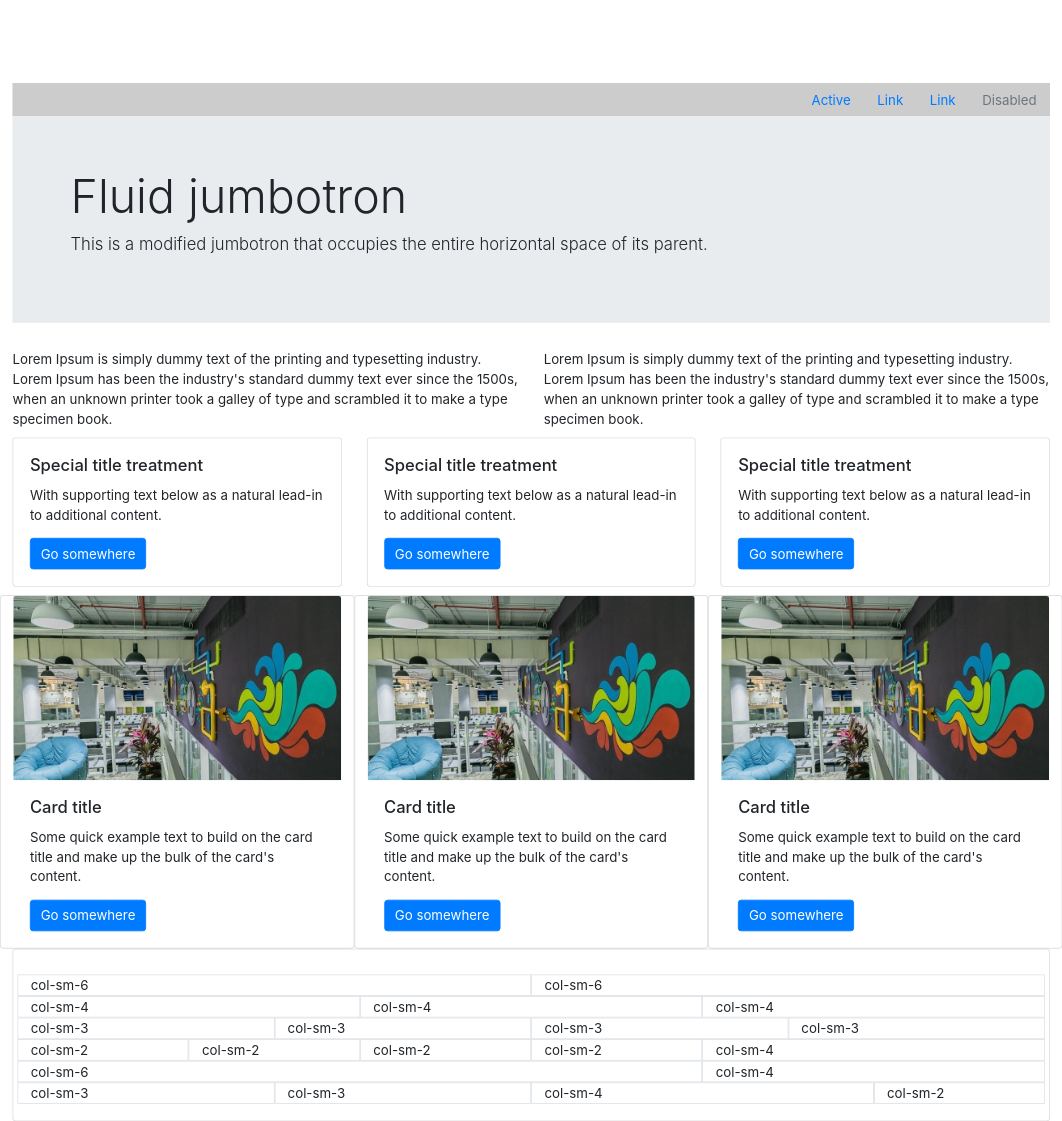
Repository: Green-Technologies-Angular/HTML
Page: index.html
An editor plug-in stored every save of this project. The page is shown before and after the next save, followed by the edit.
The browser window is 1280 px wide. The pictures show the whole page, at 83% of full size.

Above is the page before, as saved 2019-01-31 10:34:33.

After the next save:
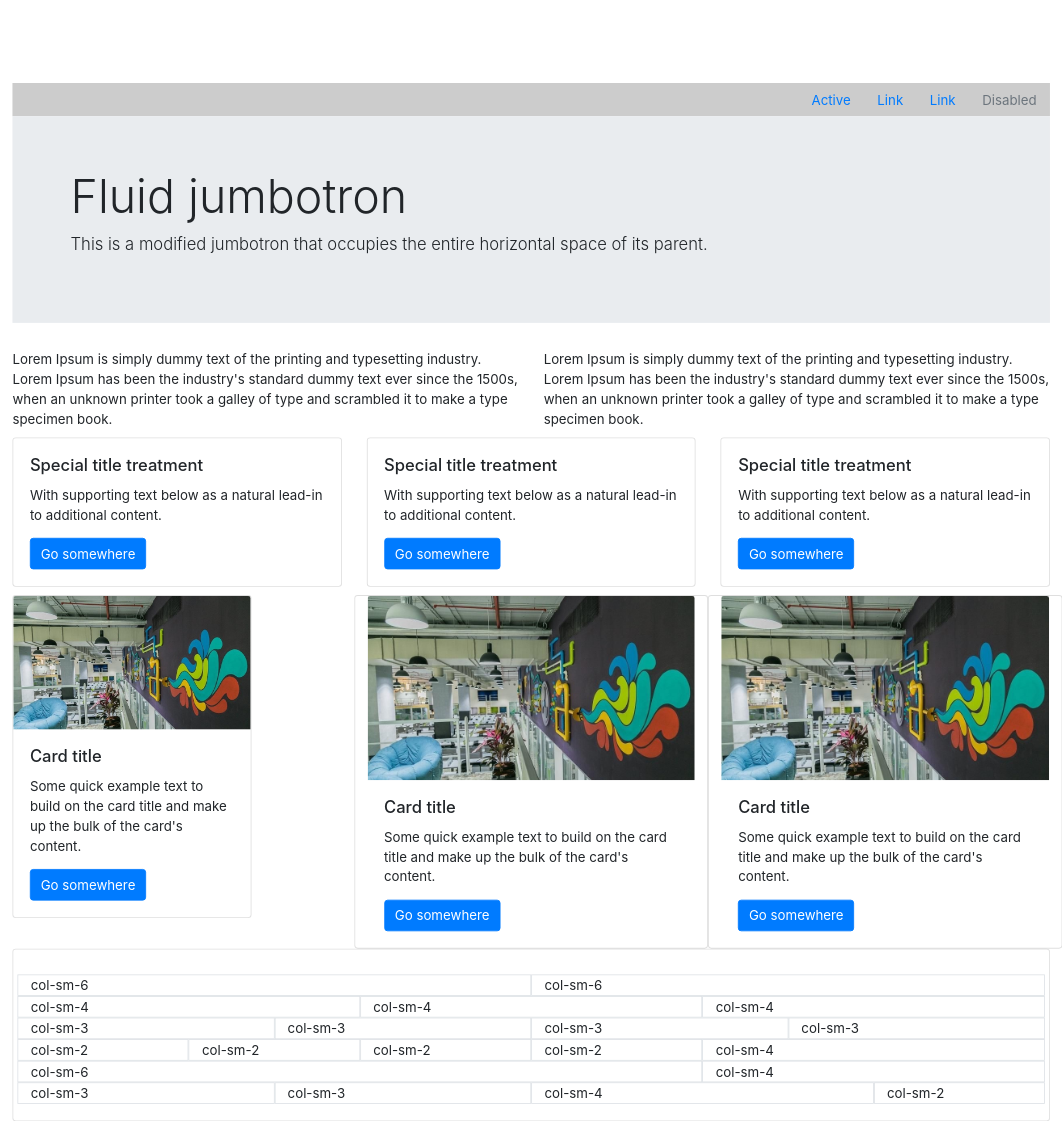
Saved 81 s later.
--- a/index.html
+++ b/index.html
@@ -84,15 +84,18 @@
             </div>
         </div>
         <div class="row" style="padding-top:10px;">
-            <div class="col-sm-4 card" style="width: 18rem;">
-                <img src="images/Download.jpg" class="card-img-top" alt="...">
-                <div class="card-body">
-                    <h5 class="card-title">Card title</h5>
-                    <p class="card-text">Some quick example text to build on the card title and make up the bulk of the
-                        card's content.</p>
-                    <a href="#" class="btn btn-primary">Go somewhere</a>
+            <div class="col-sm-4">
+                <div class="card" style="width: 18rem;">
+                    <img src="images/Download.jpg" class="card-img-top" alt="...">
+                    <div class="card-body">
+                        <h5 class="card-title">Card title</h5>
+                        <p class="card-text">Some quick example text to build on the card title and make up the bulk of the
+                            card's content.</p>
+                        <a href="#" class="btn btn-primary">Go somewhere</a>
+                    </div>
                 </div>
             </div>
+
             <div class="col-sm-4 card" style="width: 18rem;">
                 <img src="images/Download.jpg" class="card-img-top" alt="...">
                 <div class="card-body">
